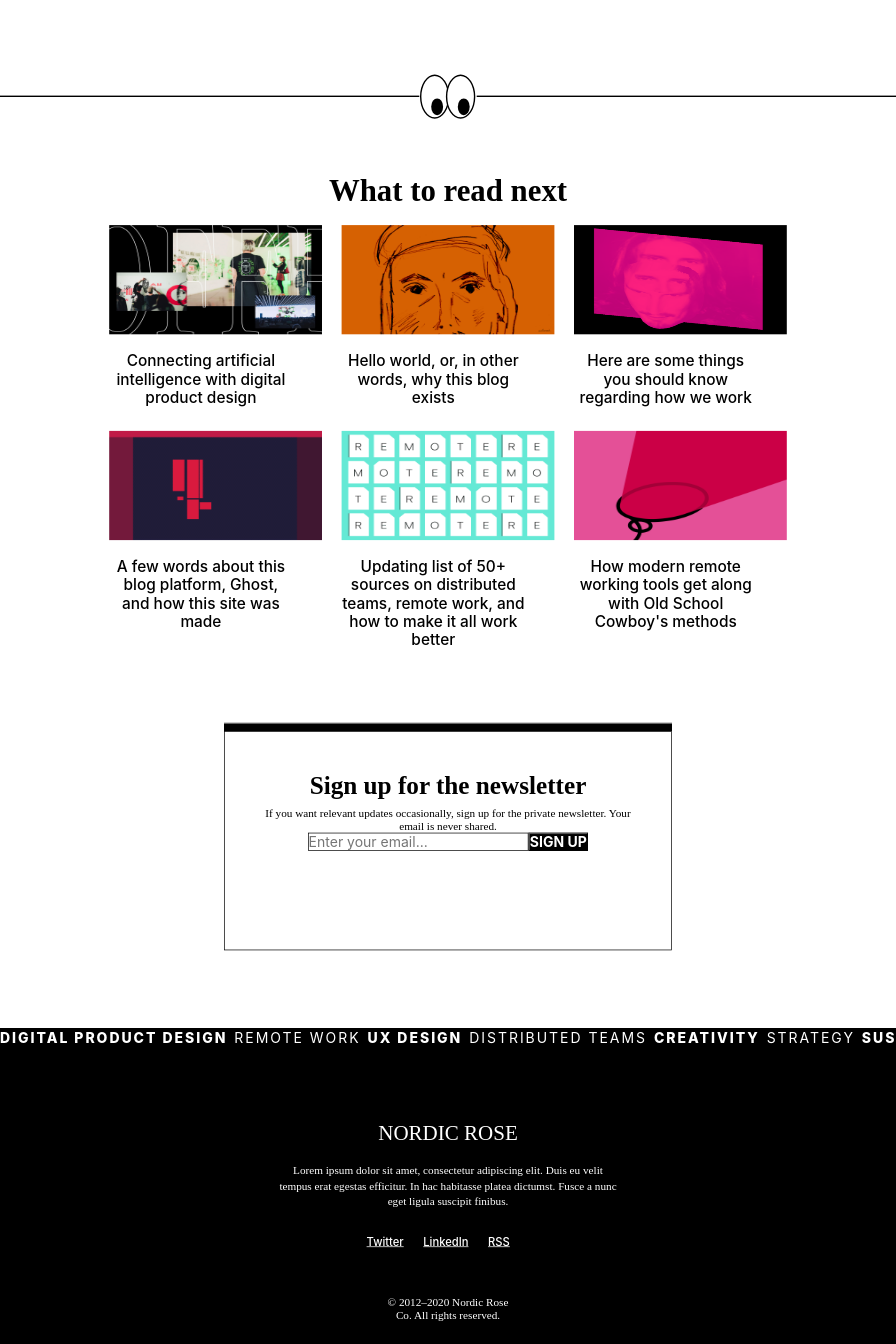
Repository: ThuTrang-jvb/JVB-BT1
Page: Page 3/article.html
These files come from the project's save history. The page is drawn as it stood at one moment and after a run of saves; the edit follows.
The browser window is 1280 px wide. The pictures show the part of the page from y = 3931 to 5851 px (the page is 5851 px tall), at 70% of full size.

Above is the page before, as saved 2025-06-30 10:17:42.

### Page 3/article.html
<!DOCTYPE html>
<html lang="en">
<head>
    <meta charset="UTF-8">
    <meta name="viewport" content="width=device-width, initial-scale=1.0">
    <link rel="stylesheet" href="styleArticle.css">
    <link href="https://fonts.googleapis.com/css2?family=Playfair+Display&display=swap" rel="stylesheet">
    <title>Article</title>
</head>
<body>
    <div class="header">
        <h1>NORDIC ROSE</h1>
        <div class="nav">
            <p class="active">blog</p>
            <p>about</p>
            <p>links</p>
            <p>projects</p>
        </div>
        <div class="hamburger">
            <span></span>
            <span></span>
            <span></span>
        </div>
    </div>
    <hr>
    <div class="main">
        <div class="title">
            <h1>A few words about this blog platform, Ghost, and how this site was made</h1>
            <p>Why Ghost (& Figma) instead of Medium, <br> WordPress or other options?</p>
            <img src="image/image 2.png" alt="image 2">
            <hr>
        </div>
        <div class="status">
            <div class="status_img">
                <img src="image/anh_nen.png" alt="image 3">
                <div class="status_text">
                    <p class="bold_p">Mika MAtikainen</p>
                    <p>Apr 15, 2020 · 4 min read</p>
                </div>

            </div>

            <div class="share-buttons">
                <button class="share-btn" aria-label="Share on Facebook">
                    <svg width="18" height="18" viewBox="0 0 24 24" fill="#000" xmlns="http://www.w3.org/2000/svg">
                    <path d="M22 12.07C22 6.48 17.52 2 12 2S2 6.48 2 12.07c0 5 3.66 9.13 8.44 9.93v-7.03h-2.54v-2.9h2.54V9.41c0-2.5 1.49-3.89 3.77-3.89 1.09 0 2.24.2 2.24.2v2.46h-1.26c-1.24 0-1.63.77-1.63 1.56v1.87h2.78l-.44 2.9h-2.34v7.03C18.34 21.2 22 17.07 22 12.07z"/>
                    </svg>
                </button>
                <button class="share-btn" aria-label="Share on Twitter">
                    <svg width="18" height="18" viewBox="0 0 24 24" fill="#000" xmlns="http://www.w3.org/2000/svg">
                    <path d="M22.46 6c-.77.35-1.6.58-2.46.69a4.28 4.28 0 0 0 1.88-2.36 8.56 8.56 0 0 1-2.71 1.04 4.26 4.26 0 0 0-7.26 3.88 12.09 12.09 0 0 1-8.77-4.45 4.26 4.26 0 0 0 1.32 5.69 4.23 4.23 0 0 1-1.93-.53v.05a4.26 4.26 0 0 0 3.42 4.17 4.29 4.29 0 0 1-1.92.07 4.26 4.26 0 0 0 3.98 2.96A8.54 8.54 0 0 1 2 19.54 12.07 12.07 0 0 0 8.29 21.5c7.55 0 11.68-6.26 11.68-11.68 0-.18 0-.35-.01-.53A8.36 8.36 0 0 0 22.46 6z"/>
                    </svg>
                </button>
            </div>
        </div>
        <div class="caption">
            <pre>Lorem ipsum dolor sit amet, consectetur adipiscing elit. Duis eu velit
tempus erat egestas efficitur. In hac habitasse platea dictumst. Fusce a
nunc eget ligula suscipit finibus. Aenean pharetra quis lacus at viverra.

Class aptent taciti sociosqu ad litora torquent per conubia nostra, per
inceptos himenaeos. Aliquam quis posuere ligula. In eu dui molestie, molestie
lectus eu, semper lectus.</pre>
            <h2>Next on the pipeline</h2>
            <pre>Duis eu velit tempus erat egestas efficitur. In hac habitasse platea
dictumst. Fusce a nunc eget ligula suscipit finibus. Aenean pharetra
quis lacus at viverra. Class aptent taciti sociosqu ad litora torquent per
conubia nostra, per inceptos himenaeos.

Morbi efficitur auctor metus, id mollis lorem pellentesque id. Nullam
posuere maximus dui et fringilla. </pre>
            <figure>
                <img src="image/3cc5df540f70fc0ba5d96cdc94c3d237971a9b6e.jpg" alt="Rectangle 8">
                <figcaption>Image caption centered this way and I’ll make this a bit longer to indicate the amount of line-height. </figcaption>
            </figure>
            <pre>Aenean pharetra quis lacus at viverra. Class aptent taciti sociosqu ad
litora torquent per conubia nostra, per inceptos himenaeos. Aliquam
quis posuere ligula.

In eu dui molestie, molestie lectus eu, semper lectus. Proin at justo
lacinia, auctor nisl et, consequat ante. Donec sit amet nisi arcu. Morbi
efficitur auctor metus, id mollis lorem pellentesque id. Nullam
posuere maximus dui et fringilla. Nulla non volutpat leo.</pre>
            <p>A list looks like this:</p>
            <ul>
                <li>First item in the list</li>
                <li>Second item in the list lorem ipsum dolor sit amet nunc felis dolor lorem ipsum sit amet</li>
                <li>Third item in the list</li>
            </ul>
            <p>Class aptent taciti sociosqu ad litora torquent per conubia nostra, per inceptos himenaeos. Aliquam quis posuere ligula. </p>
            <p>Thanks for reading,<br>
            Mika</p>
        </div>
        <div class="links">
            <div class="share-buttons">
                <button class="share-btn" aria-label="Share on Facebook">
                    <svg width="18" height="18" viewBox="0 0 24 24" fill="#000" xmlns="http://www.w3.org/2000/svg">
                        <path d="M22 12.07C22 6.48 17.52 2 12 2S2 6.48 2 12.07c0 5 3.66 9.13 8.44 9.93v-7.03h-2.54v-2.9h2.54V9.41c0-2.5 1.49-3.89 3.77-3.89 1.09 0 2.24.2 2.24.2v2.46h-1.26c-1.24 0-1.63.77-1.63 1.56v1.87h2.78l-.44 2.9h-2.34v7.03C18.34 21.2 22 17.07 22 12.07z"/>
                        <span>Share on Facebook</span>
                    </svg>
                </button>
                <button class="share-btn" aria-label="Share on Twitter">
                    <svg width="18" height="18" viewBox="0 0 24 24" fill="#000" xmlns="http://www.w3.org/2000/svg">
                    <path d="M22.46 6c-.77.35-1.6.58-2.46.69a4.28 4.28 0 0 0 1.88-2.36 8.56 8.56 0 0 1-2.71 1.04 4.26 4.26 0 0 0-7.26 3.88 12.09 12.09 0 0 1-8.77-4.45 4.26 4.26 0 0 0 1.32 5.69 4.23 4.23 0 0 1-1.93-.53v.05a4.26 4.26 0 0 0 3.42 4.17 4.29 4.29 0 0 1-1.92.07 4.26 4.26 0 0 0 3.98 2.96A8.54 8.54 0 0 1 2 19.54 12.07 12.07 0 0 0 8.29 21.5c7.55 0 11.68-6.26 11.68-11.68 0-.18 0-.35-.01-.53A8.36 8.36 0 0 0 22.46 6z"/>
                    <span>Share on Twitter</span>
                    </svg>
                </button>
            </div>
        </div>
        <div class="tag">
            <p>Tags: <a href="#">product design</a>, <a href="#">culture</a></p>
            <hr>
            <div class="status_tag">
                <img src="image/anh_nen.png" alt="image 3">
                <div class="status_text_end">
                    <p> <b>MIKA MATIKAINEN</b> is a Design Founder & Advisor, Berlin School of Creative Leadership Executive MBA participant, Zippie advisor, Wolt co-founder, and Nordic Rose stakeholder.  </p>
                </div>

            </div>
        </div>
    </div>
    <div class="divider">
        <div class="path"></div>
        <div class="eyes">
            <div class="eye eye-left">
                <div class="pupil"></div>
            </div>
            <div class="eye eye-right">
                <div class="pupil"></div>
            </div>
        </div>
        <div class="path"></div>
    </div>
    <div>
        <h3>What to read next</h3>
        <div class="image">
            <div class="image_line">
                <img src="image/image1.png" alt="Rectangle 4">
                <p>Connecting artificial intelligence with digital product design</p>
            </div>
            <div class="image_line">
                <img src="image/image2.png" alt="Rectangle 11">
                <p>Hello world, or, in other words, why this blog exists</p>
            </div>
            <div class="image_line">
                <img src="image/image.png" alt="Rectangle 10">
                <p>Here are some things you should know regarding how we work </p>
            </div>
        </div>
        <div class="image_desktop">
            <div class="image_line">
                <img src="image/image13.png" alt="Rectangle 37">
                <p>A few words about this blog platform, Ghost, and how this site was made</p>
            </div>
            <div class="image_line">
                <img src="image/image12.png" alt="Rectangle 39">
                <p>Updating list of 50+ sources on distributed teams, remote work, and how to make it all work better</p>
            </div>
            <div class="image_line">
                <img src="image/image11.png" alt="Rectangle 38">
                <p>How modern remote working tools get along with Old School Cowboy's methods</p>
            </div>
        </div>
    </div>
    <hr>
    <div class="frame">
        <p class="sign">Sign up for the newsletter</p>
        <p class="text">If you want relevant updates occasionally, sign up for the private newsletter. Your email is never shared. </p>
        <div class="email">
            <input type="email" placeholder="Enter your email...">
            <button>SIGN UP</button>
        </div>
    </div>



    <div class="footer">
        <div class="line-wrap">
            <div class="line">
                <span class="bold">Digital product design</span>
                <span>Remote work</span>
                <span class="bold">UX design</span>
                <span>Distributed teams</span>
                <span class="bold">Creativity</span>
                <span>Strategy</span>
                <span class="bold">Suspense</span>
                <span>Growth</span>
            </div>
        </div>
        <p class="logo">NORDIC ROSE</p>
        <p class="para">Lorem ipsum dolor sit amet, consectetur adipiscing elit. Duis eu velit tempus erat egestas efficitur. In hac habitasse platea dictumst. Fusce a nunc eget ligula suscipit finibus. </p>
        <div class="info">
            <p>Twitter</p>
            <p>LinkedIn</p>
            <p>RSS</p>
        </div>
        <p class="year">© 2012–2020 Nordic Rose Co. All rights reserved. </p>
    </div>
</body>
</html>

### Page 3/styleArticle.css
 * {
    margin: 0;
    padding: 0;
    box-sizing: border-box;
 }
.header {
    width: 100%;
    max-width: 1440px;
    height: auto;
    box-sizing: border-box;
    justify-content: space-between;
    align-items: center;
    display: flex;
    gap: 476.59px;
    padding: 52.54px 61px 40px 63.58px;
    height: 134px;
}
.header h1 {
    font-weight: 400;
    font-size: 30px;
}
.hamburger {
  display: none;
  flex-direction: column;
  gap: 5px;
  cursor: pointer;
}

.hamburger span {
  width: 25px;
  height: 3px;
  background-color: black;
  display: block;
  border-radius: 2px;
}
.nav {
    display: flex;
    justify-content: center;
    gap: 34px;
}
.nav p {
    position: relative;
    font-family: New York Small;
    font-weight: 500;
    font-size: 20px;
    line-height: 170%;
    letter-spacing: 2.8px;
    text-align: center;
    text-transform: uppercase;
    margin: 0;
    text-decoration: none;

}

.nav p.active::after {
    content: "";
    position: absolute;
    bottom: -43px;
    left: 50%;
    transform: translateX(-50%);
    width: 50px;
    height: 2px;
    background-color: #000;
}

hr {
  width: 100vw;
  border: none;
  border-top: 1px solid #ccc;
  margin: 0;
}
.title img {
    width: 100vw;
    height: auto;
    display: block;
    padding-bottom: 44px;
    margin: 0 auto;
}
.title h1 {
    font-family: New York Extra Large;
    font-weight: 700;
    font-size: 54px;
    line-height: 100%;
    letter-spacing: 0%;
    text-align: center;
    margin: 0 auto;
    max-width: 858px;
    padding-top: 52px;
    padding-bottom: 32px;
}
.title p {
    font-family: SF Mono;
    font-weight: 400;
    font-size: 20px;
    line-height: 170%;
    letter-spacing: 0%;
    text-align: center;
    max-width: 592px;
    margin: 0 auto;
    padding-bottom: 52px;

}
.title hr {
    border: 2px solid #000000;
    width: 640px;
    display: block;
    margin: 0 auto;
}
.status_img img {
    width: 56px;
    height: 56px;
    object-fit: cover;
    border-radius: 50%;
}
.share-buttons {
    display: flex;
    border: 2px solid #e0e0e0;
    border-radius: 5px;
    overflow: hidden;
    width: fit-content;
    background-color: #fff;
    margin-left: 273px;
    margin-top: 1px;
}
.share-btn {
    border: none;
    padding: 12.04px 25px;
    background: transparent;
    cursor: pointer;
    display: flex;
    align-items: center;
    justify-content: center;
    outline: none;
    gap: 16px;
}

.share-btn + .share-btn {
    border-left: 1px solid #e0e0e0;
}

.share-btn svg {
    width: 20px;
    height: 20px;
}
.status {
    display: flex;
    justify-content: center;
    align-items: center;
}
.status_img {
    display: flex;
    align-items: center;
    gap: 5px;
    padding-top: 24px;
    padding-bottom: 53px;
}
.bold_p {
    max-width: 191px;
    font-family: SF Pro Text;
    font-weight: 700;
    font-size: 16px;
    line-height: 100%;
    letter-spacing: 5%;
    text-transform: uppercase;
}
.status_text p {
    font-family: SF Pro Text;
    font-weight: 400;
    font-size: 16px;
    line-height: 100%;
    letter-spacing: 0%;
}
.status_text {
    padding-top: 5px;
}
.caption pre{
    text-align: left;
    margin: 0 auto;
    max-width: 640px;
    font-family: 'SF Pro Text', 'New York Medium', serif;
    font-weight: 400;
    font-size: 20px;
    line-height: 170%;
    letter-spacing: 0%;

}

.caption h2 {
    font-family: SF Pro Display;
    font-weight: 700;
    font-size: 32px;
    line-height: 160%;
    letter-spacing: 0%;
    padding-top: 57px;
    padding-bottom: 24px;
    text-align: left;
    max-width: 640px;
    margin: 0 auto;
}
.caption img {
    width: 854px;
    height: 570px;
    display: block;
    margin: 0 auto;
    padding-top: 52px;
    padding-bottom: 12px;
}
figcaption {
    max-width: 481px;
    text-align: center;
    margin: 0 auto;
    padding-bottom: 52px;
}
.caption p {
    font-family: New York Medium;
    font-weight: 400;
    font-size: 20px;
    line-height: 170%;
    letter-spacing: 0%;
    text-align: left;
    margin: 0 auto;
    max-width: 640px;
    padding-top: 52px;
}
li {
    font-family: New York Medium;
    font-weight: 400;
    font-size: 20px;
    line-height: 170%;
    letter-spacing: 0%;
    text-align: left;
    margin: 0 auto;
    max-width: 588px;
}
ul {
    padding-top: 19px;
}
.links {
    display: block;
    margin: 0 auto;
    padding-top: 77px;

}
.links .share-buttons{
    margin: 0 auto;
}
.links .share-btn {
    padding: 19px 70px;
}
.tag p {
    max-width: 640px;
    text-align: left;
    margin: 0 auto;
    padding-top: 32px;
    padding-bottom: 34px;
    font-family: SF Pro Text;
    font-weight: 500;
    font-size: 16px;
    line-height: 100%;
    letter-spacing: 3%;

}
.tag hr {
    border: 1px dotted #000000;
    width: 640px;
    display: block;
    margin: 0 auto;
}
.status_text_end {
    display: flex;
    max-width: 543px;
    text-align: left;
    margin: 0 auto;
    font-family: SF Pro Text;
    font-weight: 400;
    font-size: 16px;
    line-height: 160%;
    letter-spacing: 5%;

}
.status_tag img {
    width: 70px;
    height: 70px;
    object-fit: cover;
    border-radius: 50%;
}
.status_tag {
    display: flex;
    align-items: center;
    gap: 24px;
    max-width: 640px;
    margin: 0 auto;
}



.footer {
    background-color: #000000;
    color: white;
    text-align: center;
    padding-bottom:32px;
}
.bold {
    font-weight: 800;
}
.line {
    display: flex;
    flex-wrap: nowrap;
    overflow-x: auto;
    max-width: 100%;
    letter-spacing: 2.8px;
    white-space: nowrap;
    padding-bottom: 105.12px;
    scrollbar-width: none;
    gap: 10px;
}
.line::-webkit-scrollbar {
    display: none;
}
.line-wrapper {
  width: 100vw;
  overflow-x: auto;
}
.line span {
    font-family: SF Pro Text;
      font-size: 20px;
      color: #fff;
      text-transform: uppercase;
      display: inline-flex;
      flex-wrap: nowrap;
      justify-content: center;
      flex-shrink: 0;
      line-height: 28px;
}
    .divider {
      display: flex;
      align-items: center;
      justify-content: center;
      margin: 100px 0 40.71px;
    }

    .path {
      flex: 1;
      height: 2.5px;
      background-color: black;
    }

    .eyes {
      display: flex;
      width: 82px;
      height: 64px;
      align-items: center;
      position: relative;
    }

    .eye {
      width: 42.29px;
      height: 62.86px;
      background: white;
      border: 2.5px solid black;
      border-radius: 50%;
      position: absolute;
    }

    .eye-left {
      left: 0.5px;
    }

    .eye-right {
      left: 38px;
    }

    .pupil {
      width: 17.14px;
      height: 24.29px;
      background: black;
      border-radius: 50%;
      position: absolute;
      top: 55%;
      left: 38%;
    }
.image, .image_desktop {
    display: grid;
    grid-template-columns: repeat(3, 0fr);
    justify-content: center;
    gap: 28px
}
.image_line img {
    width: 304px;
    height: 176px;
    padding-bottom: 20px;
}
.image_line p {
    font-family: SF Pro Display;
    font-weight: 500;
    font-size: 22px;
    line-height: 120%;
    letter-spacing: 0%;
    text-align: center;
    max-width: 262px;
    padding-bottom: 34px;
}
h3 {
    font-family: New York Extra Large;
    font-weight: 700;
    font-size: 44px;
    line-height: 100%;
    letter-spacing: 0%;
    text-align: center;
    padding-top: 40.71px;
    padding-bottom: 27px;
}
.email {
    display: flex;
    justify-content: center;
}
.frame {
    width: 640px;
    height: 313px;
    border: 1px solid #000000;
    display: block;
    margin: 0 auto 111px;
}
hr {
    background: #000000;
    width: 640px;
    height: 12px;
    display: block;
    margin: 0 auto;
    margin-top: 71px;
}
button {
    background-color: #000000;
    color: white;
    font-family: SF Pro Text;
    font-weight: 700;
    font-size: 20px;
    line-height: 100%;
    letter-spacing: 5%;
    text-align: center;
    text-transform: uppercase;
}
input {
    border: 1px solid #000000;
    font-family: SF Pro Text;
    font-weight: 400;
    font-size: 20px;
    line-height: 100%;
    letter-spacing: 0%;
}
.sign {
    font-family: New York Extra Large;
    font-weight: 700;
    font-size: 36px;
    line-height: 28px;
    letter-spacing: 0%;
    text-align: center;
    padding-top: 62px;
    padding-bottom: 18px;
}
.text {
    max-width: 538px;
    margin: 0 auto;
    text-align: center;
}








.footer h1 {
    padding-bottom: 25.58px;
}
.para {
    font-family: New York Small;
    font-weight: 400;
    font-size: 16px;
    line-height: 140%;
    text-align: center;
    max-width: 488px;
    padding-bottom: 32px;
    margin: 0 auto;
}
.info {
    display: flex;
    justify-content: center;
    max-width: 209px;
    padding-bottom: 64px;
    margin: 0 auto;
}

.info p {
    margin: 0;
    font-family: SF Pro Text;
    font-weight: 500;
    font-size: 16px;
    line-height: 170%;
    text-decoration: underline;
    padding-right: 28px;
}
.logo {
    margin: 0;
    font-weight: 400;
    font-size: 30px;
    padding-bottom: 25.58px;
}
.footer .year {
    max-width: 178px;
    text-align: center;
    margin: 0 auto;
}
@media screen and (max-width: 767px) {
    .header {
        padding: 24px 20px;
        gap: 0;
    }

    .nav {
        display: none;
    }

    .hamburger {
        display: flex;
    }
    hr {
        width: 100%;
    }
    .main {
        padding: 52px 0 0 0;
    }

    .title img {
        width: 100%;
        height: auto;
        display: block;
        margin: 0;
    }

    .title h1 {
        font-size: 36px;
        max-width: 100%;
        text-align: center;
        padding-bottom: 24px;
        margin: 0 auto;
    }

    .title p {
        font-size: 16px;
        max-width: 90%;
        text-align: center;
        padding-bottom: 36px;
    }

    .title hr {
        width: 90%;

    }




    .line {
        margin: 0;
        padding-bottom: 32px;
        justify-content: flex-start;
        max-width: 100vw;
        overflow-x: auto;
    }

    .line span {
        font-size: 14px;
        line-height: 24px;
    }

    .logo {
        font-size: 20px;
        padding-bottom: 16px;
    }

    .para {
        font-size: 14px;
        padding-bottom: 32px;
        margin: 0 auto;
        max-width: 90%;
    }

    .info {
        justify-content: center;
        gap: 16px;
        font-size: 14px;
        padding-bottom: 64px;
        max-width: 100%;
    }

    .footer .year {
        font-size: 12px;
        padding: 0 16px;
    }
}

After the next 3 saves:
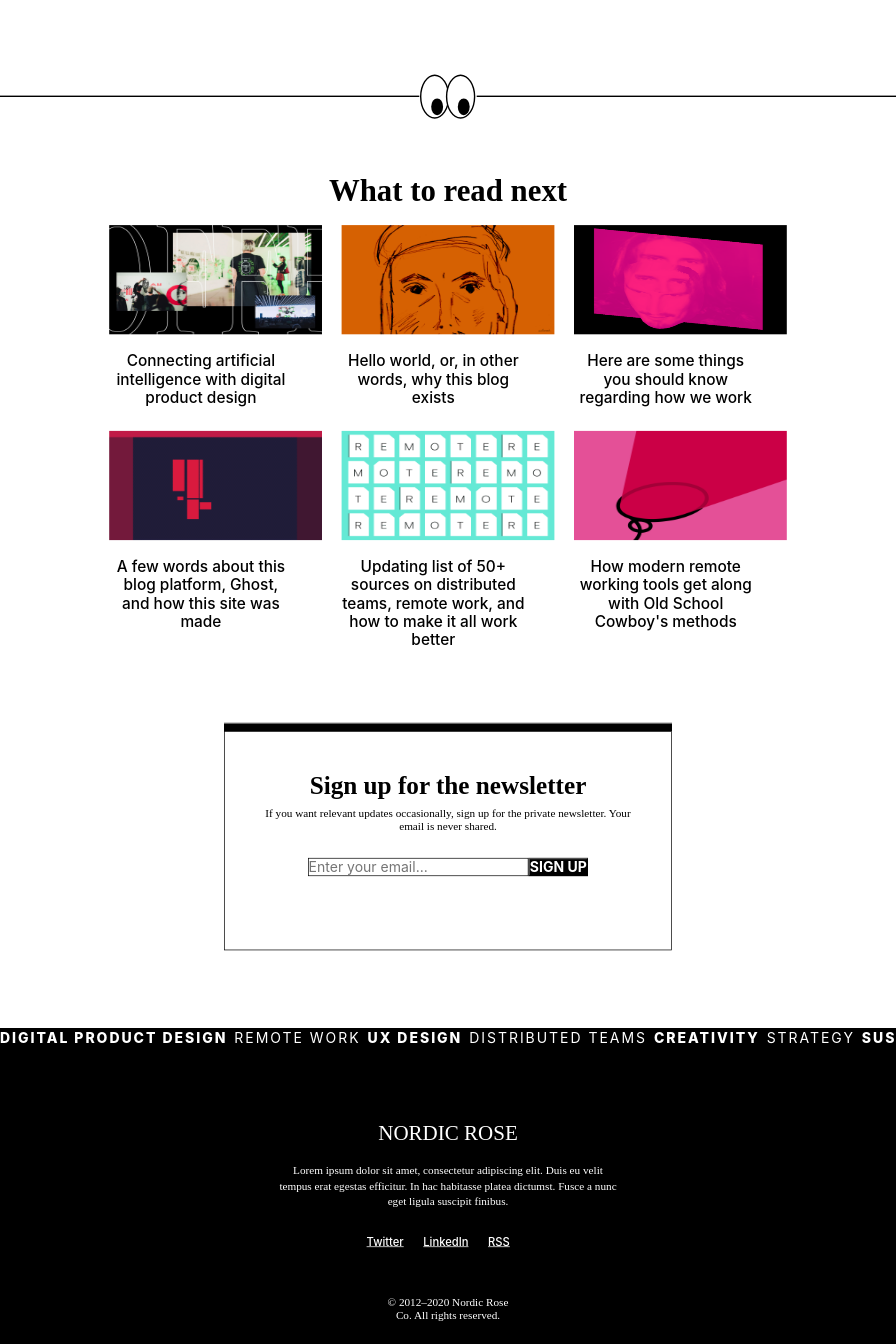
The 3 saves are shown as one change because they came seconds apart.
The last was saved 12 s later.
--- a/Page 3/styleArticle.css
+++ b/Page 3/styleArticle.css
@@ -462,6 +462,7 @@ input {
     max-width: 538px;
     margin: 0 auto;
     text-align: center;
+    padding-bottom: 36px;
 }
 
 
